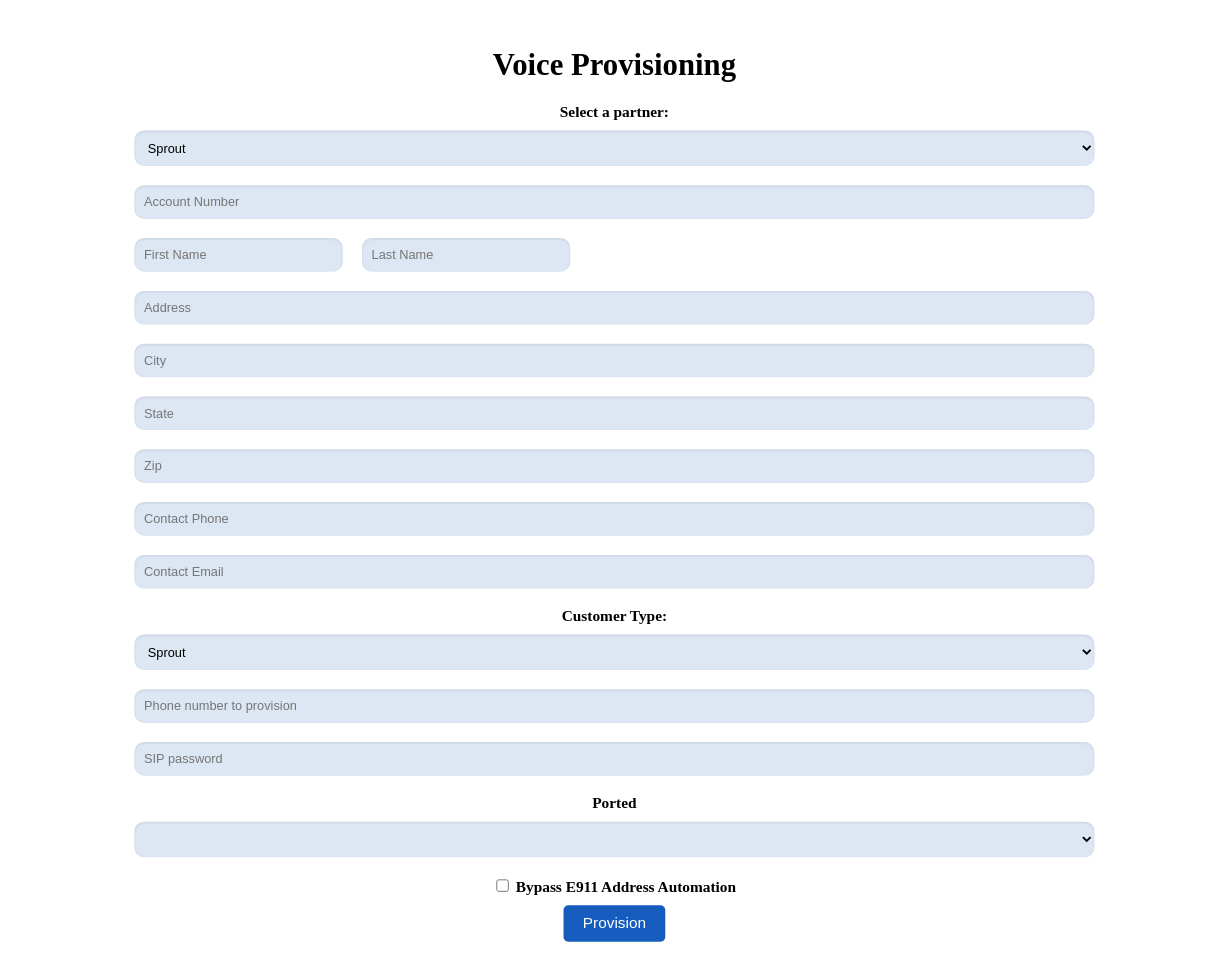
Repository: smallchungus/logiccom
Page: /
These files come from the project's save history. The page is drawn as it stood at one moment and after a run of saves; the edit follows.
The browser window is 1280 px wide. The pictures show the whole page, at 96% of full size.
The project was rebuilt for these pictures with package versions that can differ from the ones it lists, and the page was loaded fresh each time. Also part of the build but not shown: vite.config.ts.

Above is the page before, as saved 2023-05-04 12:07:28.

### src/App.vue
<style src="./styles.css"></style>


<template>


<form>
  <header>
    <h1>Voice Provisioning</h1>
  </header>
      <div class="form-group">
        <label for="partner">Select a partner:</label>
        <select id="partner" name="partner">
          <option value="Sprout">Sprout</option>
          <option value="option2">Option 2</option>
        </select>
      </div>

      <div class="form-group">
        <input type="text" id="accountNum" name="accountNum" placeholder="Account Number">
      </div>

    <div class="form-row">
      <div class="form-group">
        <input type="text" id="firstName" name="firstName" placeholder="First Name" class="inline">
      </div>

      <div class="form-group">
        <input type="text" id="lastName" name="lastName" placeholder="Last Name" class="inline">
      </div>
    </div>


      <div class="form-group">
        <input type="text" id="address" name="address" placeholder="Address">
      </div>

      <div class="form-group">
        <input type="text" id="city" name="city" placeholder="City">
      </div>

      <div class="form-group">
        <input type="text" id="state" name="state" placeholder="State">
      </div>

      <div class="form-group">
        <input type="text" id="zip" name="zip" placeholder="Zip">
      </div>

      <div class="form-group">
        <input type="text" id="contactPhone" name="contactPhone" placeholder="Contact Phone">
      </div>

      <div class="form-group">
        <input type="text" id="contactEmail" name="contactEmail" placeholder="Contact Email">
      </div>

      <div class="form-group">
        <label for="customerType">Customer Type:</label>
        <select id="customerType" name="customerType">
          <option value="Sprout">Sprout</option>
          <option value="option2">Option 2</option>
        </select>
      </div>

      <div class="form-group">
        <input type="text" id="phoneToProv" name="phoneToProv" placeholder="Phone number to provision">
      </div>

      <div class="form-group">
        <input type="password" id="sipPassword" name="sipPassword" placeholder="SIP password">
      </div>


    <label for="ported">Ported</label>
    <select id="ported" name="ported">
      <option value=""></option>
      <option value="option2">Option 2</option>
    </select>

    <label>
      <input type="checkbox" >
      Bypass E911 Address Automation
    </label>

    <button type="submit">Provision</button>
  </form>
</template>

### src/styles.css
header {
    text-align: center;
    margin: 0 auto;
  }

  body {
    text-align: center;
  }

  form {
    /* background-color: #f7f7f7; */
    border-radius: 5px;
    padding: 20px;
    margin: 0 auto;
    max-width: 1000px;
  }

  .form-row {
    display: flex;
    flex-wrap: wrap;
  }

  .form-row .form-group {
    /* width: calc(50% - 10px); */
    margin-right: 20px;
  }

  /* .form-row .form-group:last-child {
    margin-right: 0;
  } */

  label {
    display: block;
    font-weight: bold;
    margin-bottom: 10px;
  }

  input[type="text"],
  input[type="password"],
  select {
    box-sizing: border-box; /* add this line */
    background-color: #dde7f4;
    width: 100%;
    padding: 10px;
    border: none;
    border-radius: 10px;
    margin-bottom: 20px;
    box-shadow: inset 0px 1px 3px rgba(0, 0, 0, 0.1);
  }

  input[type="text"].inline {
    display: inline-block;
    /* width: calc(50% - 10px); */
    margin-right: 20px;
  }

  /* input[type="text"].inline:last-child {
    margin-right: 0;
  } */

  button[type="submit"] {
    background-color: #165cbe;
    color: #fff;
    border: none;
    border-radius: 5px;
    padding: 10px 20px;
    font-size: 16px;
    cursor: pointer;
  }

  @media (min-width: 1024px) {
    header {
      display: flex;
      justify-content: center;
      align-items: center;
    }
  }

Loaded but not shown: index.html (common file); src/main.ts (common file)

After the next 5 saves:
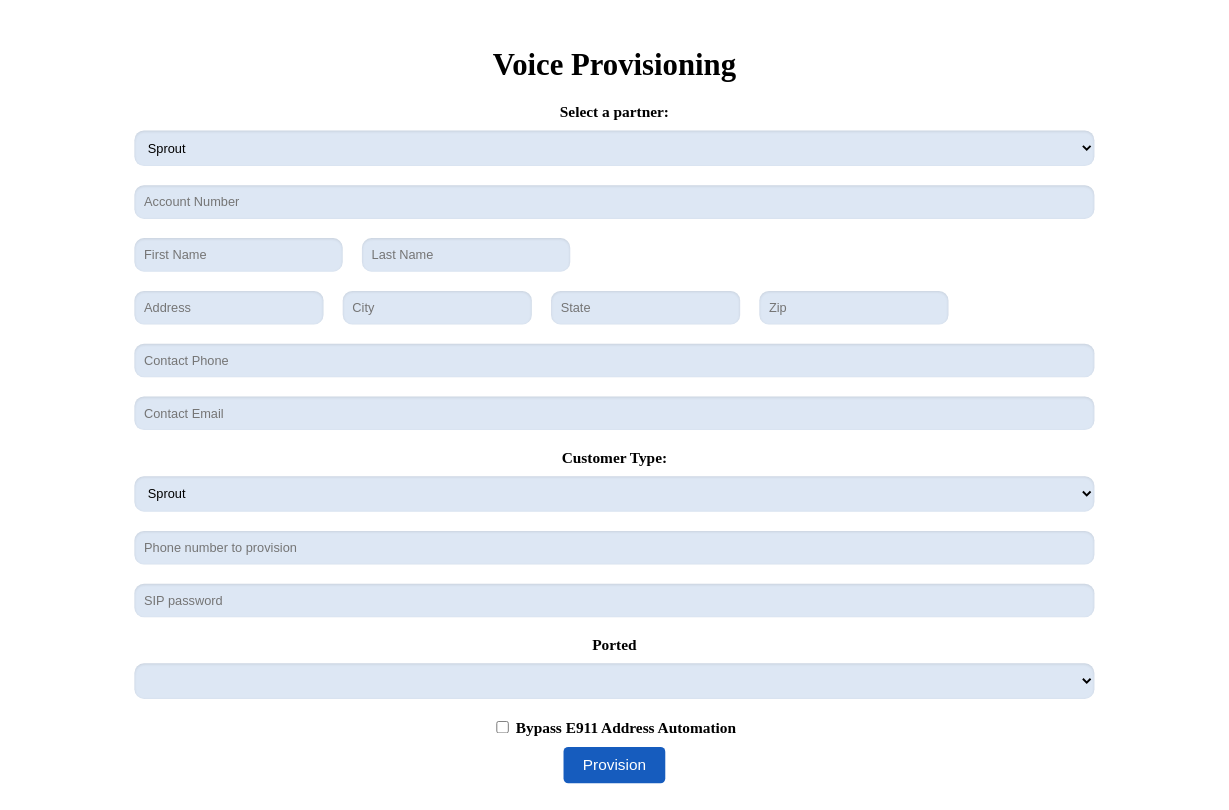
The 5 saves are shown as one change because 1 did not build or start and some came seconds apart.
The last was saved 45 s later.
--- a/src/App.vue
+++ b/src/App.vue
@@ -30,7 +30,7 @@
       </div>
     </div>
 
-
+    <div class="form-row">
       <div class="form-group">
         <input type="text" id="address" name="address" placeholder="Address">
       </div>
@@ -46,6 +46,7 @@
       <div class="form-group">
         <input type="text" id="zip" name="zip" placeholder="Zip">
       </div>
+    </div>
 
       <div class="form-group">
         <input type="text" id="contactPhone" name="contactPhone" placeholder="Contact Phone">
